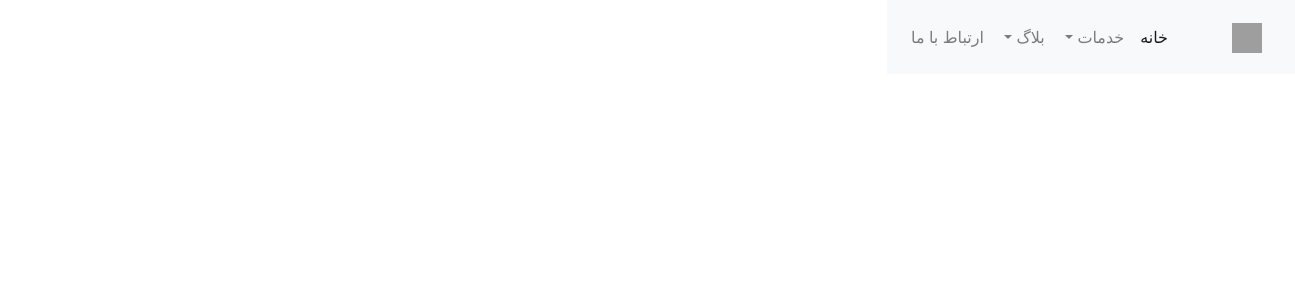
Repository: FENiki/colorlib-accounting
Page: index.html
These files come from the project's save history. The page is drawn as it stood at one moment and after the next save; the edit follows.
The browser window is 1280 px wide. The page is 1295 px wide, so the pictures cover 1295 px, including what lies to the right of the window. The pictures show the whole page.
Pictures or frames that could not be fetched are drawn as grey boxes.

Above is the page before, as saved 2021-07-06 07:33:59.

After the next save:
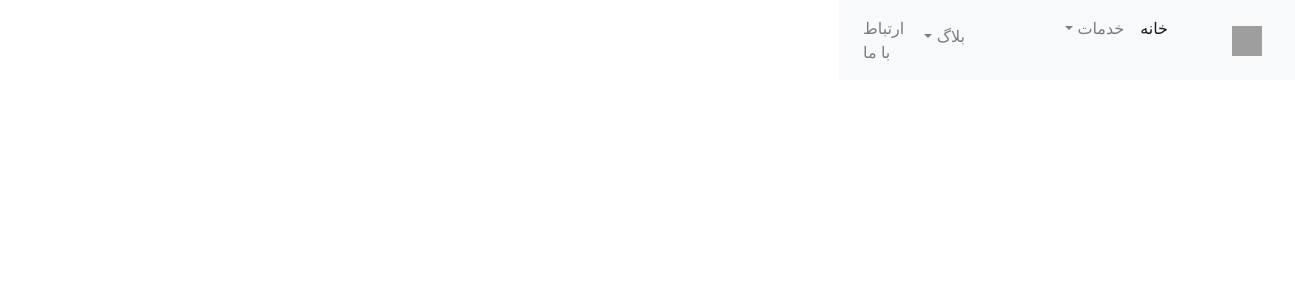
Saved 6 s later.
--- a/index.html
+++ b/index.html
@@ -43,7 +43,7 @@
             <a class="dropdown-item" href="#">خدمات شارژ حساب</a>
             <a class="dropdown-item" href="#">خدمات بین الملل</a>
             <a class="dropdown-item" href="#">خدمات ویژه</a>
-
+            <a class="dropdown-item" href="#">خدمات شارژ حساب/a>
           </div>
         </li>
         <li class="nav-item">

After the save that followed:
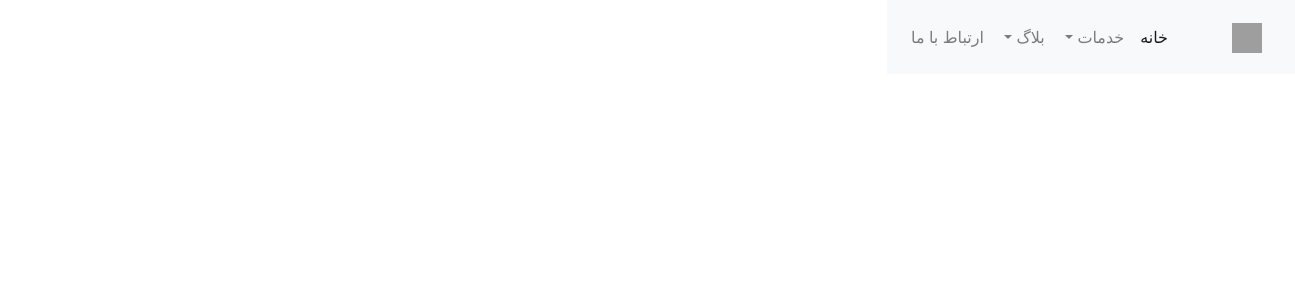
Saved 6 s later.
--- a/index.html
+++ b/index.html
@@ -43,7 +43,7 @@
             <a class="dropdown-item" href="#">خدمات شارژ حساب</a>
             <a class="dropdown-item" href="#">خدمات بین الملل</a>
             <a class="dropdown-item" href="#">خدمات ویژه</a>
-            <a class="dropdown-item" href="#">خدمات شارژ حساب/a>
+            <a class="dropdown-item" href="#"></a>
           </div>
         </li>
         <li class="nav-item">
